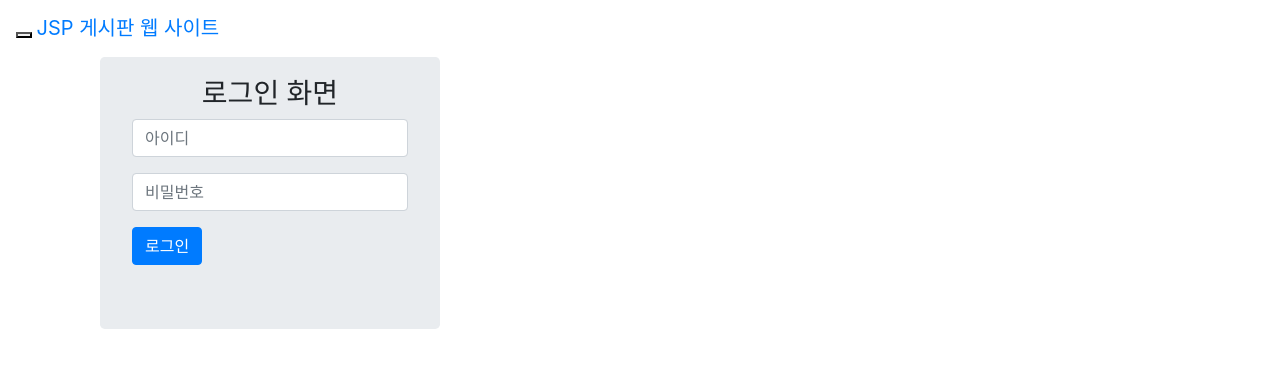
Repository: hz6450/2024-summer-jsp-notice-project
Page: http://localhost/BBS/login.jsp
The author's editor kept a copy of each file at every save. The page is drawn from the files as they stood at one save, then again after the next save.
The browser window is 1280 px wide. The pictures show the whole page.
Some web libraries are served in a nearby version. The page is served by Tomcat 10.

Above is the page before, as saved 2024-07-10 05:02:00.

After the next save:
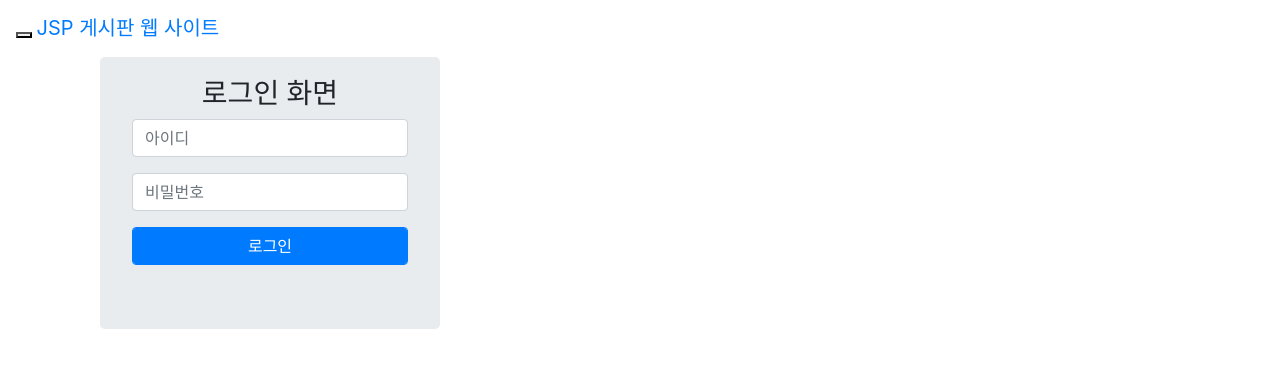
Saved 10 s later.
--- a/projects/BBS/src/main/webapp/login.jsp
+++ b/projects/BBS/src/main/webapp/login.jsp
@@ -52,7 +52,7 @@
                         <div class="form-group">
                             <input type="password" class="form-control" placeholder="비밀번호" name="userPassword" maxlength="20">
                         </div>
-                        <input type="submit" class="btn btn-primary from-control" value="로그인">
+                        <input type="submit" class="btn btn-primary form-control" value="로그인">
                     </form>
                 </div>
             </div>
